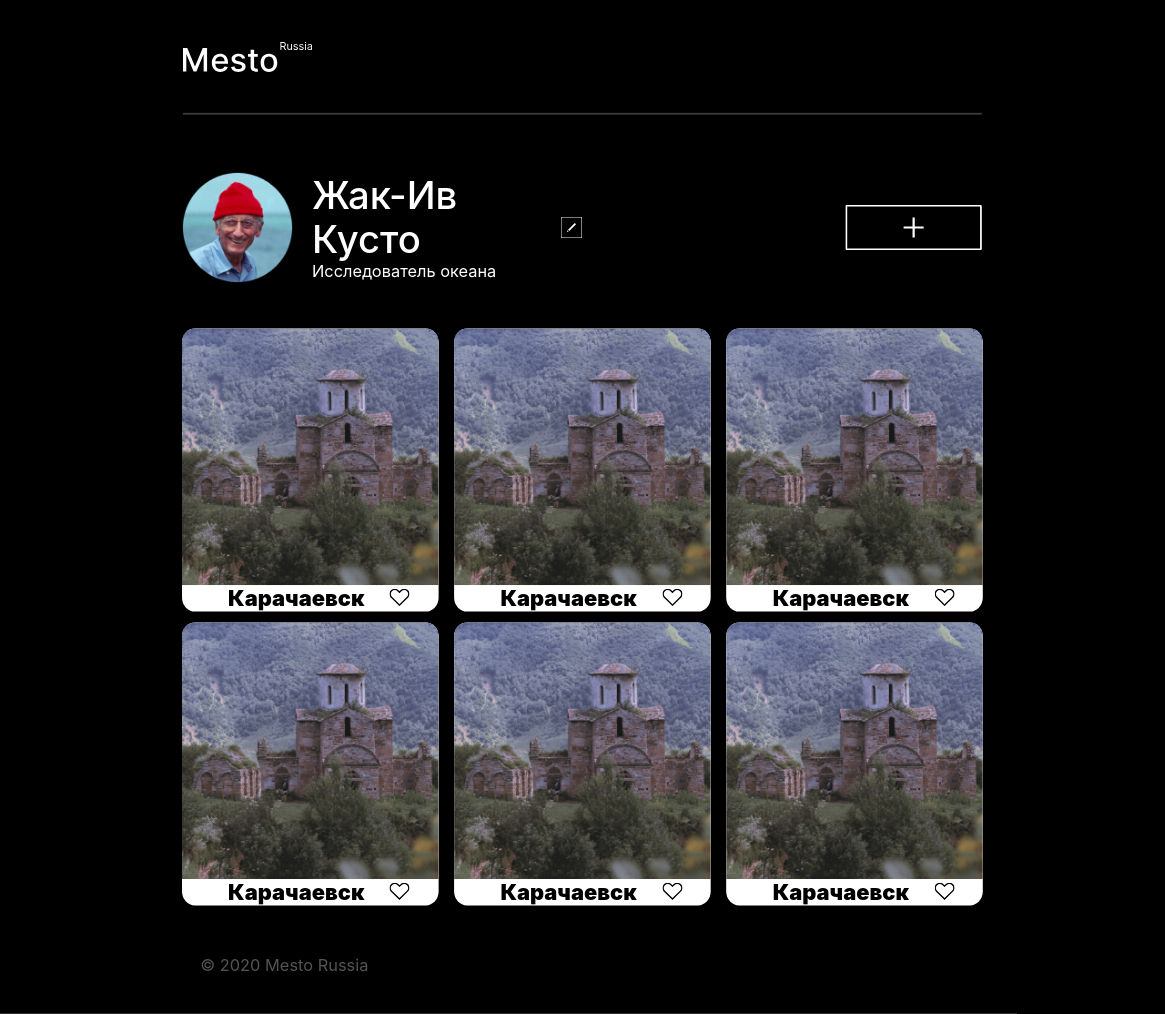
Repository: Ivan2399/mesto-project
Page: index.html
The author's editor kept a copy of each file at every save. The page is drawn from the files as they stood at one save, then again after the next save.
The browser window is 1280 px wide. The pictures show the whole page, at 91% of full size.

Above is the page before, as saved 2021-11-16 19:20:07.

After the next save:
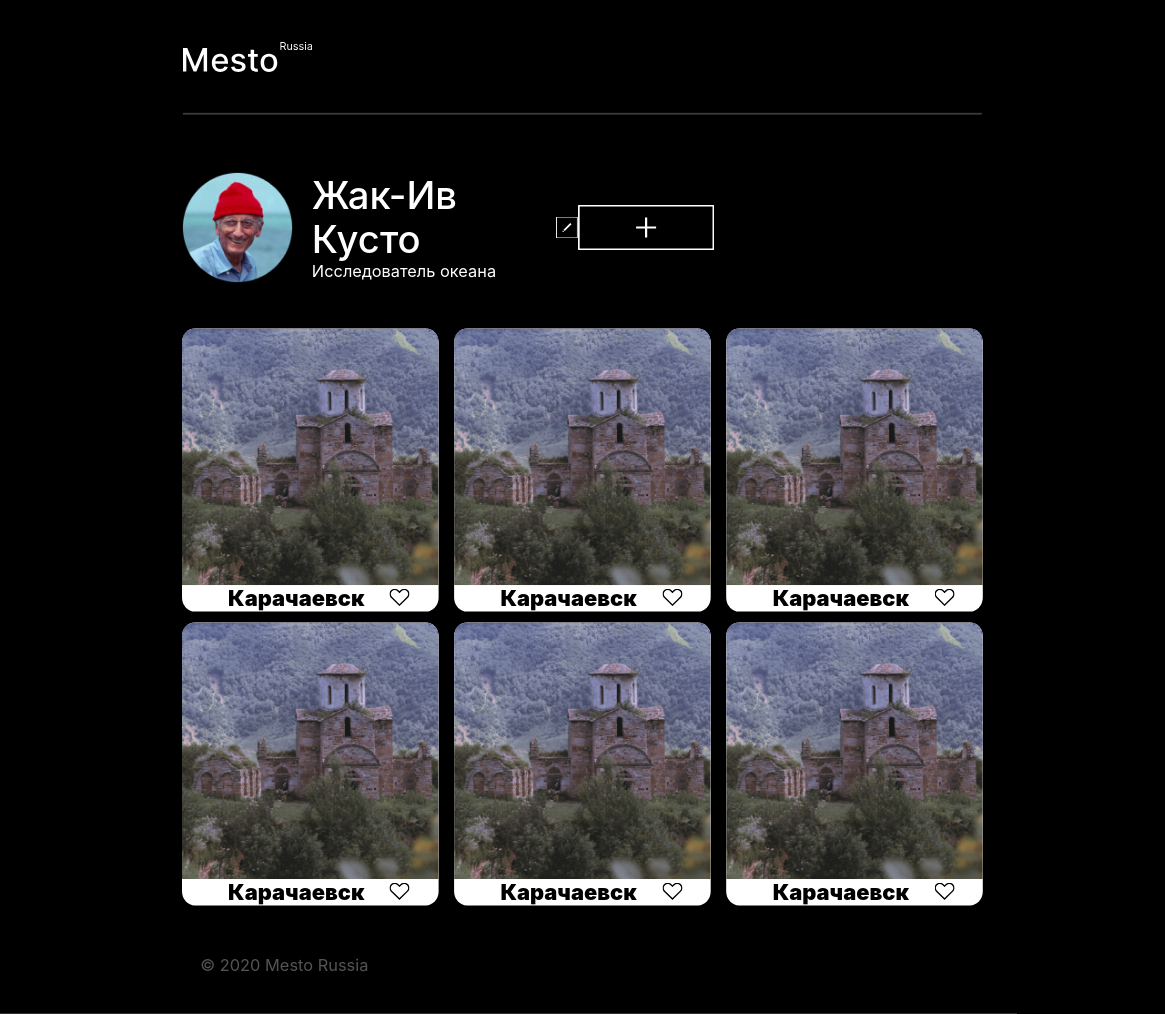
Saved 22 h 24 min later.
--- a/blocks/profile/profile.css
+++ b/blocks/profile/profile.css
@@ -1,5 +1,5 @@
 .profile {
-  display: grid;
+  display: flex;
   margin: 5% 15.7% 0 15.7%;
   max-width: 880px;
   width: 68.6%;
